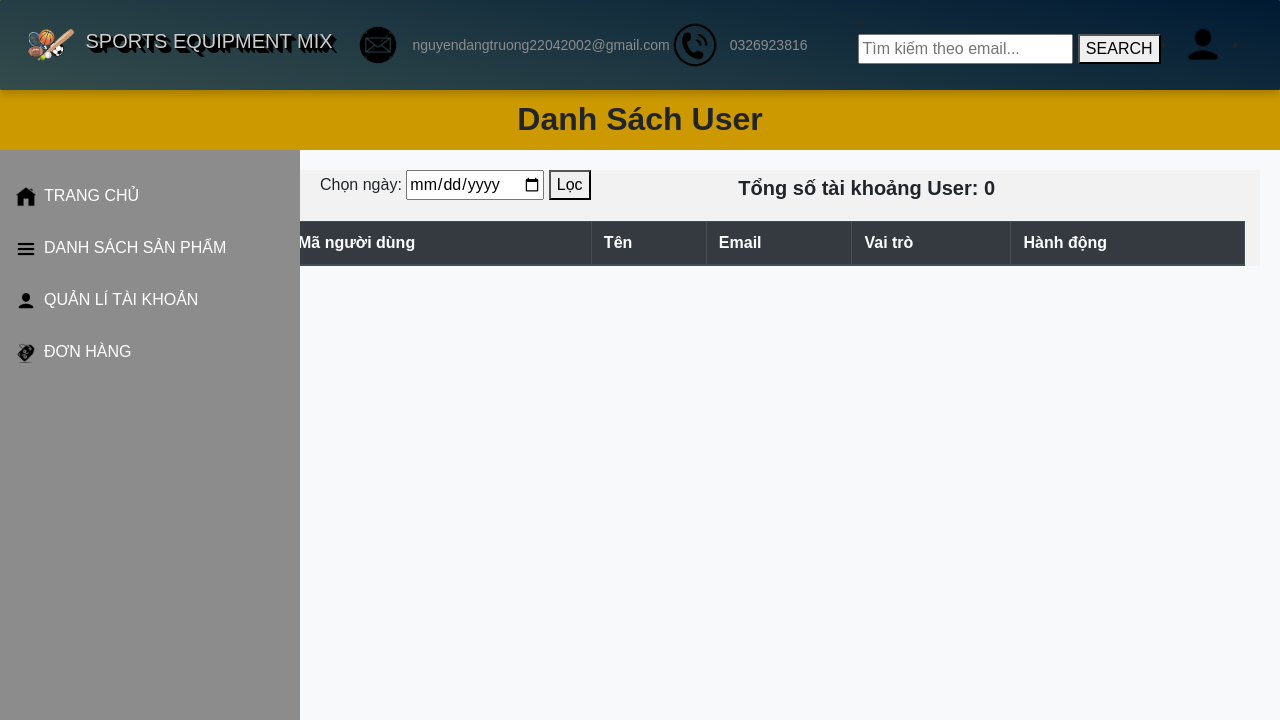
Repository: nguyendangtruong220420002/WWW-BanDungCuThietBiTheThao
Page: http://localhost/WebBanDungCuTheThao/QuanLy/DanhSachUser.jsp
The author's editor kept a copy of each file at every save. The page is drawn from the files as they stood at one save, then again after the next save.
The browser window is 1280 px wide. The pictures show the whole page.
The page is served by Tomcat 10. Other server files are loaded and not shown.

Above is the page before, as saved 2024-07-22 09:14:06.

### WebBanDungCuTheThao/src/main/webapp/QuanLy/DanhSachUser.jsp
<%@ page language="java" contentType="text/html; charset=UTF-8"
	pageEncoding="UTF-8"%>
<%@ taglib uri="http://java.sun.com/jsp/jstl/core" prefix="c"%>

<%@ taglib uri="http://java.sun.com/jsp/jstl/functions" prefix="fn"%>
<%@ taglib uri="http://java.sun.com/jsp/jstl/fmt" prefix="fmt"%>
<html>
<head>
<meta charset="UTF-8">
<title>Quản Lý User</title>
<link
	href="https://stackpath.bootstrapcdn.com/bootstrap/4.5.2/css/bootstrap.min.css"
	rel="stylesheet">
<!-- Bootstrap JS và jQuery -->
<script src="https://code.jquery.com/jquery-3.5.1.slim.min.js"></script>
<script
	src="https://cdn.jsdelivr.net/npm/@popperjs/core@2.9.2/dist/umd/popper.min.js"></script>
<script
	src="https://stackpath.bootstrapcdn.com/bootstrap/4.5.2/js/bootstrap.min.js"></script>
<style>
body {
	font-family: Arial, sans-serif;
	margin: 0;
	padding: 0;
	box-sizing: border-box;
	display: flex;
	flex-direction: column;
	min-height: 100vh;
}

.logo {
	display: flex;
	align-items: center;
	justify-content: space-around;
	padding: 10px;
	background: linear-gradient(10deg, #344c4c, #001a33);
	border-radius: 1px;
	box-shadow: 0 4px 8px rgba(0, 0, 0, 0.2);
}

.logo-left {
	display: flex;
	align-items: center;
}

.logo-right {
	display: flex;
	align-items: center;
}

.logo img {
	height: 50px;
	width: 50px;
	margin-right: 10px;
}

.logo h1 {
	font-size: 20px;
	text-shadow: 1px 1px 0 #000, 2px 2px 0 #000, 3px 3px 0 #000, 4px 4px 0
		#000, 5px 5px 0 #000;
	color: #cccccc;
	font-weight: 100;
	margin-right: 20px;
}

.contact-info {
	display: flex;
	align-items: center;
	margin-right: 20px;
}

.contact-info h2 {
	margin: 0;
	font-size: 14px;
	color: #8c8c8c;
}

.social-icons img {
	height: 40px;
	width: 40px;
	margin: 10px;
}

header {
	background-color: #cc9900;
	height: 150px;
}

.memu-icons {
	height: 15px;
	width: 15px;
	margin: 0 5px;
}

.user-menu {
	display: none;
	position: absolute;
	background-color: white;
	border: 1px solid #ccc;
	padding: 10px;
	right: 15px;
	top: 40px;
}

.user-menu a {
	display: block;
	color: #333;
	text-decoration: none;
	margin: 5px 0;
}

.user-icon {
	position: relative;
	cursor: pointer;
}

.sidebar {
	width: 300px;
	height: 100%;
	background-color: #8c8c8c;
	padding-top: 20px;
	position: fixed;
	top: 150px; /* Dưới header */
	left: 0;
	overflow-y: auto;
}

.nav-list {
	list-style-type: none;
	padding: 0;
	margin: 0;
}

.nav-list li {
	position: relative;
}

.nav-list li a {
	display: block;
	color: white;
	padding: 14px 16px;
	text-decoration: none;
}

.nav-list li a:hover {
	background-color: #111;
}

.menu-icons {
	height: 20px;
	width: 20px;
	margin-right: 8px;
}

.dropdown-content {
	display: none;
	background-color: #444;
	padding-left: 20px;
}

.dropdown-content a {
	color: white;
	padding: 12px 16px;
	text-decoration: none;
	display: block;
}

.dropdown-content a:hover {
	background-color: #555;
}

main {
	margin-left: 250px; /* Để lại khoảng trống cho sidebar */
	padding: 20px;
	flex: 1;
}

.show {
	display: block;
}

.product-list {
	max-height: 100px; /* Chiều cao tối đa của danh sách sản phẩm */
	overflow: hidden; /* Ẩn nội dung vượt quá chiều cao tối đa */
	transition: max-height 0.3s ease;
	/* Hiệu ứng chuyển tiếp khi mở rộng */
}

.product-list.show-more {
	max-height: 100%; /* Chiều cao tối đa khi mở rộng */
}

.show-more-btn {
	cursor: pointer; /* Con trỏ chuột khi di chuột qua nút */
	color: #007bff; /* Màu chữ của nút "Xem thêm" */
	text-decoration: underline; /* Gạch chân chữ */
}
</style>
<script>
	function toggleUserMenu() {
		var userMenu = document.getElementById("user-menu");
		if (userMenu.style.display === "block") {
			userMenu.style.display = "none";
		} else {
			userMenu.style.display = "block";
		}
	}
	function toggleDropdown(event) {
		event.preventDefault();
		var dropdownContent = event.currentTarget.nextElementSibling;
		dropdownContent.classList.toggle("show");
	}
	function filterByDate() {
	    // Lấy ngày từ form lọc
	    const filterDate = document.getElementById('filterDate').value;
	    const formattedDate = new Date(filterDate).toISOString().split('T')[0]; // Định dạng ngày theo yyyy-MM-dd

	    // Lấy tất cả các hàng trong bảng
	    const rows = document.querySelectorAll('#paymentsTableBody tr');

	    rows.forEach(row => {
	        // Lấy giá trị ngày từ thuộc tính data-date
	        const rowDate = row.getAttribute('data-date');

	        // So sánh ngày để quyết định hiển thị hoặc ẩn hàng
	        if (rowDate === formattedDate) {
	            row.style.display = ''; // Hiển thị hàng
	        } else {
	            row.style.display = 'none'; // Ẩn hàng
	        }
	    });
	}
	function toggleDescription(element) {
        var productList = element.previousElementSibling;
        if (productList.classList.contains('show-more')) {
            productList.classList.remove('show-more');
            element.textContent = 'Xem thêm';
        } else {
            productList.classList.add('show-more');
            element.textContent = 'Thu gọn';
        }
    }

</script>


</head>
<body>
	<header>
		<div class="logo">
			<div class="logo-left">
				<img alt="" src="IMG/logo.png">
				<h1>SPORTS EQUIPMENT MIX</h1>
				<div class="contact-info">
					<img alt="" src="IMG/thu.png" class="social-icons">
					<h2>nguyendangtruong22042002@gmail.com</h2>
					<img alt="" src="IMG/call.png" class="social-icons">
					<h2>0326923816</h2>
				</div>
			</div>
			<div class="logo-right">
				<li>
					<form action="DanhSachUserServlet" method="get">
						<input type="text" name="query" placeholder="Tìm kiếm theo email...">
						<button type="submit">SEARCH</button>
					</form>
				</li>
				<li><a href="#" class="user-icon" onclick="toggleUserMenu()"><img
						alt="" src="IMG/user.png" style="height: 40px; width: 40px"></a>
					<div id="user-menu" class="user-menu">
						<c:choose>
							<c:when test="${not empty sessionScope.ten}">
								<span class="user-info font-weight-bold text-black"> <c:out
										value="Xin chào: ${sessionScope.ten}" />
								</span>
								<button type="button" class="btn btn-danger"
									onclick="confirmLogout()">Đăng Xuất</button>
							</c:when>
							<c:otherwise>
								<button type="button" class="btn btn-primary"
									data-toggle="modal" data-target="#loginModal">Đăng
									Nhập</button>
								<button type="button" class="btn btn-primary"
									data-toggle="modal" data-target="#registerModal">Đăng
									Ký</button>
							</c:otherwise>
						</c:choose>
					</div></li>
				<li>
			</div>
		</div>
		<div style="text-align: center; margin-top: 10px">
			<h2 style="font-weight: bold;">Danh Sách User</h2>
		</div>
	</header>
	<nav class="sidebar">
		<ul class="nav-list">
			<li><a href="Admin.jsp"><img alt="" src="IMG/home.png"
					class="menu-icons">TRANG CHỦ</a></li>
			<li class="dropdown"><a href="javascript:void(0)"
				class="dropbtn" onclick="toggleDropdown(event)"><img alt=""
					src="IMG/menu.png" class="menu-icons">DANH SÁCH SẢN PHẨM</a>
				<div class="dropdown-content">
					<a href="DanhSachLoaiSanPhamServlet">Loại Sản phẩm</a> <a
						href="DanhSachSanPhamServlet">Sản phẩm</a>
				</div></li>
			<li><a href="DanhSachUserServlet"><img alt="" src="IMG/user.png"
					class="menu-icons">QUẢN LÍ TÀI KHOẢN</a></li>
			<li><a href="DSDonHangServlet"><img alt=""
					src="IMG/sale.png" class="menu-icons">ĐƠN HÀNG</a></li>
		</ul>
	</nav>
	<main>
		<div class="container"
			style="background-color: #f2f2f2; max-width: 1600px">

			<div class="content">
				<div class="row mb"
					style="display: flex; align-items: center; margin-left: 20px;">

					<div class="col-md-4" style="display: flex; align-items: center;">
						<form id="filterForm" method="get">
							<label for="filterDate">Chọn ngày:</label> <input type="date"
								id="filterDate" name="filterDate" value="${filterDate}" />
							<button type="submit">Lọc</button>
						</form>
					</div>

					<div class="col-md-4"
						style="font-weight: bold; font-size: 20px; margin-left: 100px">

						<p>Tổng số tài khoảng User: ${fn:length(users)}</p>
					</div>

				</div>

			</div>
			<table class="table table-bordered">
				<thead class="thead-dark">
					<tr>
						<th>Mã người dùng</th>
						<th>Tên</th>
						<th>Email</th>
						<th>Vai trò</th>
						<th>Hành động</th>
					</tr>

				</thead>
				<c:forEach var="user" items="${users}">
					<tr>
						<td>${user.mauser}</td>
						<td>${user.tenuser}</td>
						<td>${user.email}</td>
						<td>${user.role}</td>
						<td>
							<!-- Update Form -->
							<form action="DanhSachUserServlet" method="post"
								style="display: inline;">
								<input type="hidden" name="action" value="edit" /> <input
									type="hidden" name="maUser" value="${user.mauser}" /> <input
									type="submit" value="edit" class="btn btn-warning" />
							</form> <!-- Delete Form -->
							<form action="DanhSachUserServlet" method="post"
								style="display: inline;">
								<input type="hidden" name="action" value="delete" /> <input
									type="hidden" name="maUser" value="${user.mauser}" /> <input
									type="submit" value="Xóa" />
							</form>
						</td>
					</tr>
				</c:forEach>

			</table>
		</div>
	</main>


	<footer> </footer>

	<jsp:include page="../Modal/register.jsp" />
	<jsp:include page="../Modal/login.jsp" />
	<!-- Modal Đăng ký thành công -->
	<div class="modal fade" id="registerSuccessModal" tabindex="-1"
		role="dialog" aria-labelledby="registerSuccessModalLabel"
		aria-hidden="true">
		<div class="modal-dialog" role="document">
			<div class="modal-content">
				<div class="modal-header">
					<h5 class="modal-title" id="registerSuccessModalLabel">Đăng Ký
						Thành Công</h5>
					<button type="button" class="close" data-dismiss="modal"
						aria-label="Close">
						<span aria-hidden="true">&times;</span>
					</button>
				</div>
				<div class="modal-body">Chúc mừng! Bạn đã đăng ký thành công.
				</div>
				<div class="modal-footer">
					<button type="button" class="btn btn-secondary"
						data-dismiss="modal">Đóng</button>
				</div>
			</div>
		</div>
	</div>

	<!-- JavaScript để hiển thị modal khi cần -->
	<script>
        $(document).ready(function() {
            <%-- Kiểm tra xem thuộc tính registerSuccess có trong session không --%>
            <% if (session.getAttribute("registerSuccess") != null && (Boolean) session.getAttribute("registerSuccess")) { %>
                <%-- Hiển thị modal "Đăng ký thành công" --%>
                $('#registerSuccessModal').modal('show');
            <% }
               session.removeAttribute("registerSuccess");
            %>
        });
    </script>
	<!-- Modal Đăng nhập thành công -->
	<div class="modal fade" id="loginSuccessModal" tabindex="-1"
		role="dialog" aria-labelledby="loginSuccessModalLabel"
		aria-hidden="true">
		<div class="modal-dialog" role="document">
			<div class="modal-content">
				<div class="modal-header">
					<h5 class="modal-title" id="loginSuccessModalLabel">Đăng Nhập
						Thành Công</h5>
					<button type="button" class="close" data-dismiss="modal"
						aria-label="Close">
						<span aria-hidden="true">&times;</span>
					</button>
				</div>
				<div class="modal-body">Chào mừng bạn đã đăng nhập thành công.
				</div>
				<div class="modal-footer">
					<button type="button" class="btn btn-secondary"
						data-dismiss="modal">Đóng</button>
				</div>
			</div>
		</div>
	</div>
	<script>
    $(document).ready(function() {

        <% if (session.getAttribute("loginSuccess") != null && (Boolean) session.getAttribute("loginSuccess")) { %>
            $('#loginSuccessModal').modal('show');
            <% session.removeAttribute("loginSuccess"); %>

            // Thay đổi nút "Đăng Nhập" và "Đăng Ký" thành nút "Đăng Xuất"
            var tenuser = '${sessionScope.ten}'; // Lấy tên người dùng từ session
            $('#user-menu').html('<span class="user-info font-weight-bold text-black">Xin Chào  ' + tenuser + '</span>' +
                '<button type="button" class="btn btn-danger" onclick="confirmLogout()">Đăng Xuất</button>');
        <% } %>
    });

    function confirmLogout() {
        // Hiển thị modal xác nhận đăng xuất
        $('#confirmLogoutModal').modal('show');
    }

    function logout() {
    	window.location.href = "LogoutServlet";
    }
</script>
	<!-- Modal Đăng nhập không thành công -->
	<div class="modal fade" id="loginFailedModal" tabindex="-1"
		role="dialog" aria-labelledby="loginFailedModalLabel"
		aria-hidden="true">
		<div class="modal-dialog" role="document">
			<div class="modal-content">
				<div class="modal-header">
					<h5 class="modal-title" id="loginFailedModalLabel">Đăng Nhập
						Không Thành Công</h5>
					<button type="button" class="close" data-dismiss="modal"
						aria-label="Close">
						<span aria-hidden="true">&times;</span>
					</button>
				</div>
				<div class="modal-body">Đăng nhập không thành công. Vui lòng
					kiểm tra lại email và mật khẩu.</div>
				<div class="modal-footer">
					<button type="button" class="btn btn-secondary"
						data-dismiss="modal">Đóng</button>
				</div>
			</div>
		</div>
	</div>
	<script>
    $(document).ready(function() {
        <%-- Kiểm tra xem thuộc tính loginFailed có trong session không --%>
        <% if (session.getAttribute("loginFailed") != null && (Boolean) session.getAttribute("loginFailed")) { %>
            <%-- Hiển thị modal "Đăng nhập không thành công" --%>
            $('#loginFailedModal').modal('show');
        <% }
           session.removeAttribute("loginFailed");
        %>
    });
</script>
	<!-- Modal xác nhận đăng xuất -->
	<div class="modal fade" id="confirmLogoutModal" tabindex="-1"
		role="dialog" aria-labelledby="confirmLogoutModalLabel"
		aria-hidden="true">
		<div class="modal-dialog" role="document">
			<div class="modal-content">
				<div class="modal-header">
					<h5 class="modal-title" id="confirmLogoutModalLabel">Xác nhận
						đăng xuất</h5>
					<button type="button" class="close" data-dismiss="modal"
						aria-label="Close">
						<span aria-hidden="true">&times;</span>
					</button>
				</div>
				<div class="modal-body">Bạn có chắc chắn muốn đăng xuất không?
				</div>
				<div class="modal-footer">
					<button type="button" class="btn btn-secondary"
						data-dismiss="modal">Hủy</button>
					<button type="button" class="btn btn-primary" onclick="logout()">Đăng
						xuất</button>
				</div>
			</div>
		</div>
	</div>





</body>
</html>

### WebBanDungCuTheThao/src/main/webapp/Modal/register.jsp
<%@ page language="java" contentType="text/html; charset=UTF-8"
    pageEncoding="UTF-8"%>
<!DOCTYPE html>
<html>
<head>
<meta charset="UTF-8">
<title>Register</title>
<link rel="stylesheet" href="https://stackpath.bootstrapcdn.com/bootstrap/4.3.1/css/bootstrap.min.css">
<style>
body {
    font-family: Arial, sans-serif;
    background-color: #f8f9fa;
    margin: 0;
    padding: 0;
}
.modal-content {
    border-radius: 8px;
    border: none;
}
.modal-header {
    background-color: #007bff;
    color: #fff;
    border-bottom: none;
    border-top-left-radius: 8px;
    border-top-right-radius: 8px;
}
.modal-title {
    margin: 0;
    font-weight: bold;
}
.close {
    color: #fff;
    opacity: 1;
}
.modal-body {
    padding: 20px;
}
.form-group label {
    font-weight: bold;
}
.form-control {
    border-radius: 4px;
    border: 1px solid #ced4da;
    padding: 10px;
}
.btn-primary {
    background-color: #007bff;
    border: none;
    border-radius: 4px;
    padding: 10px 20px;
}
.btn-primary:hover {
    background-color: #0056b3;
}
</style>
</head>
<body>
<div class="modal fade" id="registerModal" tabindex="-1" role="dialog" aria-labelledby="registerModalLabel" aria-hidden="true">
  <div class="modal-dialog" role="document">
    <div class="modal-content">
      <div class="modal-header">
        <h5 class="modal-title" id="registerModalLabel">Đăng Ký</h5>
        <button type="button" class="close" data-dismiss="modal" aria-label="Close">
          <span aria-hidden="true">&times;</span>
        </button>
      </div>
      <div class="modal-body">
        <form action="UserServlet" method="post">
          <div class="form-group">
            <label for="username">Họ và Tên</label>
            <input type="text" class="form-control" id="tenuser" name="tenuser" required>
          </div>
          <div class="form-group">
            <label for="password">Mật Khẩu</label>
            <input type="password" class="form-control" id="password" name="password" required>
          </div>
          <div class="form-group">
            <label for="email">Email</label>
            <input type="email" class="form-control" id="email" name="email" required>
          </div>
          <button type="submit" class="btn btn-primary">Đăng Ký</button>
        </form>
      </div>
    </div>
  </div>
</div>
<script src="https://code.jquery.com/jquery-3.3.1.slim.min.js"></script>
<script src="https://cdnjs.cloudflare.com/ajax/libs/popper.js/1.14.7/umd/popper.min.js"></script>
<script src="https://stackpath.bootstrapcdn.com/bootstrap/4.3.1/js/bootstrap.min.js"></script>
</body>
</html>

### WebBanDungCuTheThao/src/main/webapp/Modal/login.jsp
<%@ page language="java" contentType="text/html; charset=UTF-8"
	pageEncoding="UTF-8"%>
<%@ taglib uri="http://java.sun.com/jsp/jstl/core" prefix="c"%>
<!DOCTYPE html>
<html>
<head>
<meta charset="UTF-8">
<title>Login</title>
<link rel="stylesheet"
	href="https://stackpath.bootstrapcdn.com/bootstrap/4.3.1/css/bootstrap.min.css">
<style>
body {
	font-family: Arial, sans-serif;
	background-color: #f8f9fa;
	margin: 0;
	padding: 0;
}

.modal-content {
	border-radius: 8px;
	border: none;
}

.modal-header {
	background-color: #007bff;
	color: #fff;
	border-bottom: none;
	border-top-left-radius: 8px;
	border-top-right-radius: 8px;
}

.modal-title {
	margin: 0;
	font-weight: bold;
}

.close {
	color: #fff;
	opacity: 1;
}

.modal-body {
	padding: 20px;
}

.form-group label {
	font-weight: bold;
}

.form-control {
	border-radius: 4px;
	border: 1px solid #ced4da;
	padding: 10px;
}

.btn-primary {
	background-color: #007bff;
	border: none;
	border-radius: 4px;
	padding: 10px 20px;
}

.btn-primary:hover {
	background-color: #0056b3;
}
</style>
</head>
<body>
	<div class="modal fade" id="loginModal" tabindex="-1" role="dialog"
		aria-labelledby="loginModalLabel" aria-hidden="true">
		<div class="modal-dialog" role="document">
			<div class="modal-content">
				<div class="modal-header">
					<h5 class="modal-title" id="loginModalLabel">Đăng Nhập</h5>
					<button type="button" class="close" data-dismiss="modal"
						aria-label="Close">
						<span aria-hidden="true">&times;</span>
					</button>
				</div>
				<div class="modal-body">
					<form action="LoginServlet" method="post">
						<div class="form-group">
							<label for="email">Email :</label> <input type="text"
								class="form-control" id="email" name="email" required>

						</div>
						<div class="form-group">
							<label for="password">Mật Khẩu:</label> <input type="password"
								class="form-control" id="password" name="password" required>
						</div>
						<div class="form-group">
							<div class="checkbox">
								<label><input type="checkbox" name="remember">
									Nhớ tài khoảng</label>
							</div>
						</div>
						<button type="submit" class="btn btn-primary">Đăng Nhập</button>
					</form>
				</div>
			</div>
		</div>
	</div>
	<script src="https://code.jquery.com/jquery-3.3.1.slim.min.js"></script>
	<script
		src="https://cdnjs.cloudflare.com/ajax/libs/popper.js/1.14.7/umd/popper.min.js"></script>
	<script
		src="https://stackpath.bootstrapcdn.com/bootstrap/4.3.1/js/bootstrap.min.js"></script>
</body>
</html>

After the next save:
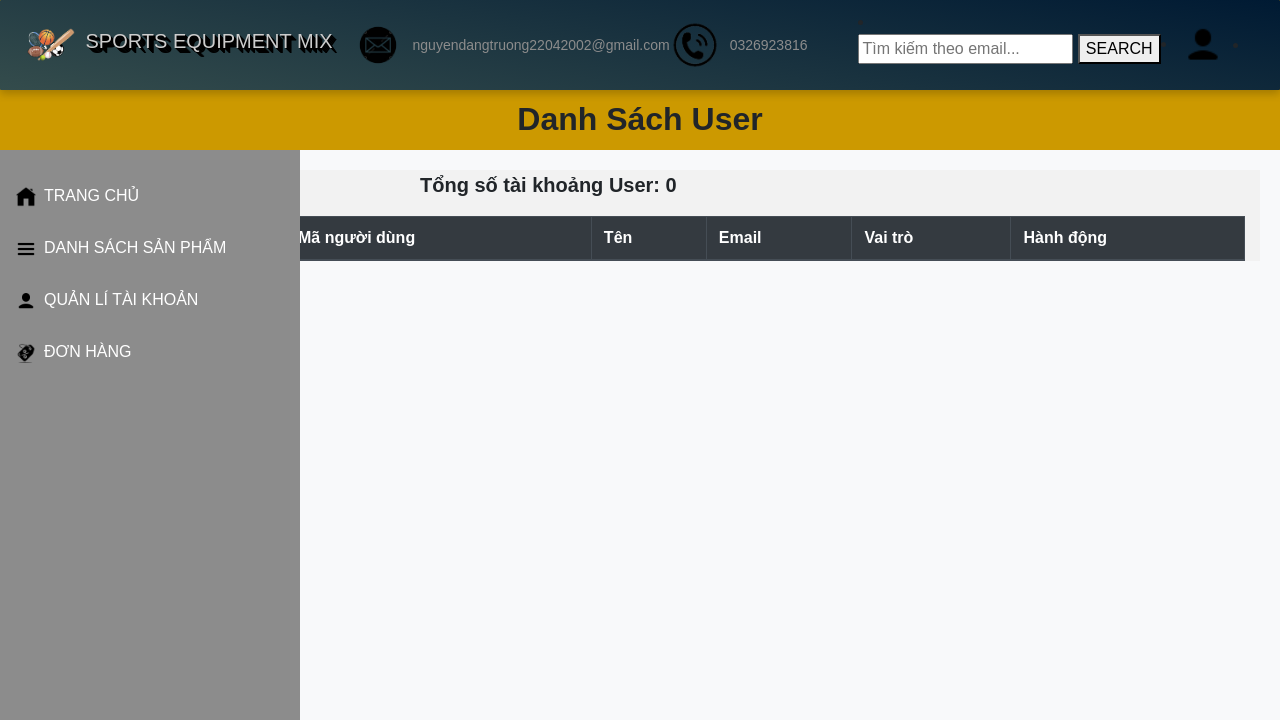
Saved 62 s later.
--- a/WebBanDungCuTheThao/src/main/webapp/QuanLy/DanhSachUser.jsp
+++ b/WebBanDungCuTheThao/src/main/webapp/QuanLy/DanhSachUser.jsp
@@ -318,14 +318,6 @@ main {
 				<div class="row mb"
 					style="display: flex; align-items: center; margin-left: 20px;">
 
-					<div class="col-md-4" style="display: flex; align-items: center;">
-						<form id="filterForm" method="get">
-							<label for="filterDate">Chọn ngày:</label> <input type="date"
-								id="filterDate" name="filterDate" value="${filterDate}" />
-							<button type="submit">Lọc</button>
-						</form>
-					</div>
-
 					<div class="col-md-4"
 						style="font-weight: bold; font-size: 20px; margin-left: 100px">
 
